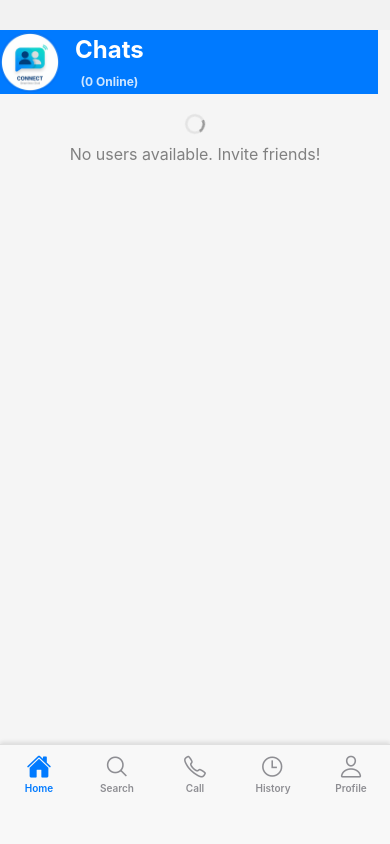
Repository: UdayRaj04/Chatapp_native
Screen: /MainTabs (app in ChatAppFrontend/)
An editor plug-in stored every save of this project. The screen is shown before and after a run of saves, followed by the edit.
The app was drawn by React Native's web renderer in a window 390 px wide. The project was rebuilt for these pictures with package versions that can differ from the ones it lists, and the page was loaded fresh each time. Some packages were replaced by stand-ins written for this rebuild. Also part of the build but not shown: ChatAppFrontend/screens/RegisterScreen.tsx, ChatAppFrontend/screens/ChatScreen.tsx, ChatAppFrontend/screens/SearchScreen.tsx, ChatAppFrontend/screens/AnalyticsScreen.tsx, ChatAppFrontend/screens/HistoryScreen.tsx, ChatAppFrontend/screens/ProfileScreen.tsx.

Above is the screen before, as saved 2025-09-09 17:58:18.

### ChatAppFrontend/App.tsx
import 'react-native-get-random-values';  // Polyfill first
import React from 'react';
import { NavigationContainer } from '@react-navigation/native';
import { createStackNavigator } from '@react-navigation/stack';
import { createBottomTabNavigator } from '@react-navigation/bottom-tabs';
import { Ionicons } from '@expo/vector-icons';
import { LogBox, View } from 'react-native';
import { SafeAreaProvider } from 'react-native-safe-area-context';  // New: For dynamic insets

// Suppress warnings
LogBox.ignoreLogs([
  'Text strings must be rendered within a <Text> component',
  'VirtualizedList: You have a large list that is slow to initial render',
  'Require cycle:',
  /Warning: [A-Za-z ]*Text strings[A-Za-z ]*/,
]);

// Your existing screens
import LoginScreen from './screens/LoginScreen';
import RegisterScreen from './screens/RegisterScreen';
import ChatListScreen from './screens/ChatListScreen';
import ChatScreen from './screens/ChatScreen';

// Placeholder screens (ensure they exist)
import SearchScreen from './screens/SearchScreen';
import AnalyticsScreen from './screens/AnalyticsScreen';
import HistoryScreen from './screens/HistoryScreen';
import ProfileScreen from './screens/ProfileScreen';

const Stack = createStackNavigator();
const Tab = createBottomTabNavigator();

// Main Tab Navigator (enhanced with safe area for no overlap)
function MainTabs() {
  return (
    <Tab.Navigator
      screenOptions={({ route }) => ({
        tabBarIcon: ({ focused, color, size }) => {
          let iconName: keyof typeof Ionicons.glyphMap;

          if (route.name === 'Chats') {
            iconName = focused ? 'home' : 'home-outline';
          } else if (route.name === 'Search') {
            iconName = focused ? 'search' : 'search-outline';
          } else if (route.name === 'Call') {
            iconName = focused ? 'call' : 'call-outline';
          } else if (route.name === 'History') {
            iconName = focused ? 'time' : 'time-outline';
          } else {
            iconName = focused ? 'person' : 'person-outline';
          }

          return <Ionicons name={iconName} size={size} color={color} />;
        },
        tabBarActiveTintColor: '#007AFF',
        tabBarInactiveTintColor: '#8e8e93',
        tabBarStyle: {
          backgroundColor: '#f8f8f8',
          borderTopWidth: 0.5,
          borderTopColor: '#e0e0e0',
          elevation: 8,
          shadowColor: '#000',
          shadowOffset: { width: 0, height: -2 },
          shadowOpacity: 0.1,
          shadowRadius: 4,
          height: 100,  // Increased: Taller tab bar (60 was too tight; 70 + labels)
          paddingBottom: 50,  // Reduced top padding for balance
          paddingTop: 5,
          position: 'absolute',  // Explicit: Ensures absolute positioning
          bottom: 0,  // Pin to bottom
          left: 0,
          right: 0,
          marginBottom: 0,  // No extra margin
        },
        tabBarLabelStyle: {
          fontSize: 10,
          fontWeight: '600',
          marginBottom: 0,  // Tight labels
        },
        headerShown: false,
        lazy: true,
        // New: Apply safe area padding to tab screens (prevents overlap)
        cardStyle: { paddingBottom: 0 },  // No extra card padding
      })}
    >
      <Tab.Screen name="Chats" component={ChatListScreen} options={{ title: 'Home' }} />
      <Tab.Screen name="Search" component={SearchScreen} options={{ title: 'Search' }} />
      <Tab.Screen name="Call" component={AnalyticsScreen} options={{ title: 'Call' }} />
      <Tab.Screen name="History" component={HistoryScreen} options={{ title: 'History' }} />
      <Tab.Screen name="Profile" component={ProfileScreen} options={{ title: 'Profile' }} />
    </Tab.Navigator>
  );
}

// Main App - Wrapped in SafeAreaProvider
export default function App() {
  return (
    <SafeAreaProvider>  {/* New: Enables useSafeAreaInsets() */}
      <View style={{ flex: 1 }}>
        <NavigationContainer>
          <Stack.Navigator
            initialRouteName="Login"
            screenOptions={{
              headerShown: false,
              cardStyle: { backgroundColor: '#f5f5f5' },
            }}
          >
            <Stack.Screen name="Login" component={LoginScreen} />
            <Stack.Screen name="Register" component={RegisterScreen} />
            <Stack.Screen name="MainTabs" component={MainTabs} />
            <Stack.Screen
              name="Chat"
              component={ChatScreen}
              options={{
                headerShown: true,
                headerTitle: 'Chat',
                headerStyle: { backgroundColor: '#007AFF' },
                headerTintColor: '#fff',
                presentation: 'modal',
                // Hide tabs in chat to avoid overlap
                tabBarStyle: { display: 'none' },
              }}
            />
          </Stack.Navigator>
        </NavigationContainer>
      </View>
    </SafeAreaProvider>
  );
}

### ChatAppFrontend/screens/LoginScreen.tsx
import React, { useState } from 'react';
import {
  View,
  TextInput,
  TouchableOpacity,
  Text,
  StyleSheet,
  Alert,
  ActivityIndicator,
  KeyboardAvoidingView,
  Platform,
  Image,  // New: For logo
} from 'react-native';
import { Ionicons } from '@expo/vector-icons';  // For input icons
import { useSafeAreaInsets } from 'react-native-safe-area-context';  // For insets (provider in App.tsx)
import { useNavigation } from '@react-navigation/native';  // For navigation
import AsyncStorage from '@react-native-async-storage/async-storage';
import axios, { AxiosError } from 'axios';

const API_BASE = 'http://192.168.29.93:5000/api';

interface LoginResponse {
  token: string;
  user: {
    id?: string;
    _id?: string;
    username: string;
    email: string;
  };
}

export default function LoginScreen() {
  const [email, setEmail] = useState<string>('');
  const [password, setPassword] = useState<string>('');
  const [loading, setLoading] = useState<boolean>(false);
  const [emailError, setEmailError] = useState<string>('');
  const [passwordError, setPasswordError] = useState<string>('');
  const navigation = useNavigation<any>();
  const insets = useSafeAreaInsets();  // Use insets from root provider

  const validateEmail = (email: string): boolean => {
    const emailRegex = /^[^\s@]+@[^\s@]+\.[^\s@]+$/;
    if (!email) {
      setEmailError('Email is required');
      return false;
    }
    if (!emailRegex.test(email)) {
      setEmailError('Invalid email format');
      return false;
    }
    setEmailError('');
    return true;
  };

  const validatePassword = (password: string): boolean => {
    if (!password) {
      setPasswordError('Password is required');
      return false;
    }
    if (password.length < 6) {
      setPasswordError('Password must be at least 6 characters');
      return false;
    }
    setPasswordError('');
    return true;
  };

  const handleLogin = async (): Promise<void> => {
    if (!validateEmail(email) || !validatePassword(password)) return;

    setLoading(true);
    try {
      const response = await axios.post<LoginResponse>(`${API_BASE}/auth/login`, {
        email,
        password,
      });
      await AsyncStorage.setItem('token', response.data.token);
      await AsyncStorage.setItem('user', JSON.stringify(response.data.user));
      navigation.replace('MainTabs');  // Navigate to tabs on success
    } catch (err) {
      const error = err as AxiosError;
      Alert.alert('Login Failed', error.response?.data?.error || 'Invalid credentials');
    } finally {
      setLoading(false);
    }
  };

  return (
    <KeyboardAvoidingView
      style={[styles.container, { paddingTop: insets.top }]}
      behavior={Platform.OS === 'ios' ? 'padding' : 'height'}
      enabled={true}
    >
      {/* Title with Logo */}
      <View style={styles.titleContainer}>
        {/* New: Bigger Logo */}
        <Image
          source={require('../assets/logos.png')}  // Adjust path if needed (e.g., '../../assets/logo.png')
          style={styles.logo}
          resizeMode="contain"
        />
        <Text style={styles.title}>Seamless Chat</Text>
        <Text style={styles.subtitle}>Welcome back! Sign in to continue</Text>
      </View>

      {/* Form */}
      <View style={styles.formContainer}>
        {/* Email Input */}
        <View style={styles.inputContainer}>
          <Ionicons name="mail" size={24} color="#999" style={styles.inputIcon} />
          <TextInput
            style={[styles.input, emailError ? styles.inputError : null]}
            value={email}
            onChangeText={(text) => {
              setEmail(text);
              if (emailError) validateEmail(text);
            }}
            placeholder="Email"
            keyboardType="email-address"
            autoCapitalize="none"
            onBlur={() => validateEmail(email)}
          />
        </View>
        {emailError ? <Text style={styles.errorText}>{emailError}</Text> : null}

        {/* Password Input */}
        <View style={styles.inputContainer}>
          <Ionicons name="lock-closed" size={24} color="#999" style={styles.inputIcon} />
          <TextInput
            style={[styles.input, passwordError ? styles.inputError : null]}
            value={password}
            onChangeText={(text) => {
              setPassword(text);
              if (passwordError) validatePassword(text);
            }}
            placeholder="Password"
            secureTextEntry={true}
            onBlur={() => validatePassword(password)}
          />
        </View>
        {passwordError ? <Text style={styles.errorText}>{passwordError}</Text> : null}

        {/* Login Button */}
        <TouchableOpacity
          style={[styles.button, loading ? styles.buttonDisabled : null]}
          onPress={handleLogin}
          disabled={loading}
          activeOpacity={0.7}
        >
          {loading ? (
            <ActivityIndicator size="small" color="#fff" />
          ) : (
            <Text style={styles.buttonText}>Login</Text>
          )}
        </TouchableOpacity>

        {/* Register Link */}
        <TouchableOpacity
          style={styles.linkContainer}
          onPress={() => navigation.navigate('Register')}
        >
          <Text style={styles.linkText}>Don't have an account? Register</Text>
        </TouchableOpacity>
      </View>
    </KeyboardAvoidingView>
  );
}

const styles = StyleSheet.create({
  container: {
    flex: 1,
    backgroundColor: '#f5f5f5',
    justifyContent: 'center',
    alignItems: 'center',
  },
  titleContainer: {
    alignItems: 'center',
    marginBottom: 50,  // Increased: More space after logo/title to form
  },
  // New: Logo Style (Bigger, Centered)
  logo: {
    width: 120,  // Bigger size - adjust as needed (e.g., 100 for smaller)
    height: 120,
    marginBottom: 20,  // Space between logo and title
    alignSelf: 'center',
  },
  title: {
    fontSize: 32,
    fontWeight: 'bold',
    color: '#333',
    marginBottom: 5,
  },
  subtitle: {
    fontSize: 16,
    color: '#666',
    textAlign: 'center',
  },
  formContainer: {
    width: '85%',  // Responsive width
    alignItems: 'center',
  },
  inputContainer: {
    flexDirection: 'row',
    alignItems: 'center',
    backgroundColor: '#fff',
    borderRadius: 10,
    marginBottom: 15,
    paddingHorizontal: 15,
    elevation: 2,
    shadowColor: '#000',
    shadowOffset: { width: 0, height: 1 },
    shadowOpacity: 0.1,
    shadowRadius: 2,
    width: '100%',
  },
  inputIcon: {
    marginRight: 10,
  },
  input: {
    flex: 1,
    paddingVertical: 12,
    fontSize: 16,
    color: '#333',
  },
  inputError: {
    borderWidth: 1,
    borderColor: '#ff6b6b',
  },
  errorText: {
    color: '#ff6b6b',
    fontSize: 12,
    marginBottom: 10,
    alignSelf: 'flex-start',
  },
  button: {
    backgroundColor: '#007AFF',
    borderRadius: 10,
    paddingVertical: 15,
    width: '100%',
    alignItems: 'center',
    marginTop: 10,
    elevation: 2,
    shadowColor: '#007AFF',
    shadowOffset: { width: 0, height: 2 },
    shadowOpacity: 0.2,
    shadowRadius: 4,
  },
  buttonDisabled: {
    backgroundColor: '#ccc',
  },
  buttonText: {
    color: '#fff',
    fontSize: 18,
    fontWeight: 'bold',
  },
  linkContainer: {
    marginTop: 20,
    alignItems: 'center',
  },
  linkText: {
    color: '#007AFF',
    fontSize: 16,
    textDecorationLine: 'underline',
  },
});

### ChatAppFrontend/screens/ChatListScreen.tsx
import React, { useState, useEffect } from 'react';
import {
  View,
  FlatList,
  Text,
  TouchableOpacity,
  StyleSheet,
  Alert,
  ActivityIndicator,
  Image,
} from 'react-native';
import { Ionicons } from '@expo/vector-icons';  // New: For user icons (person-circle)
import { useSafeAreaInsets } from 'react-native-safe-area-context';  // From previous (for padding)
import AsyncStorage from '@react-native-async-storage/async-storage';
import axios, { AxiosError } from 'axios';
import io, { Socket } from 'socket.io-client';

const API_BASE = 'http://192.168.29.93:5000/api';

interface User {
  _id: string;
  id?: string;
  username: string;
  email: string;
}

export default function ChatListScreen({ navigation }: { navigation: any }) {
  const [users, setUsers] = useState<User[]>([]);
  const [loading, setLoading] = useState<boolean>(true);
  const [currentUser, setCurrentUser] = useState<User | null>(null);
  const [socket, setSocket] = useState<Socket | null>(null);
  const [onlineUsers, setOnlineUsers] = useState<Set<string>>(new Set());

  // Safe area for dynamic padding (from previous)
  const insets = useSafeAreaInsets();
  const bottomPadding = Math.max(120, insets.bottom + 70);

  useEffect(() => {
    loadUser();
    fetchUsers();

    const initSocket = async () => {
      const token = await AsyncStorage.getItem('token');
      if (token) {
        const newSocket = io(API_BASE.replace('/api', ''), {
          auth: { token },
        });
        setSocket(newSocket);
        newSocket.on('connect_error', () => Alert.alert('Socket Error', 'Connection failed'));

        newSocket.on('userOnline', (data) => {
          console.log('User online:', data.userId);
          setOnlineUsers((prev) => new Set([...prev, data.userId]));
        });

        newSocket.on('userOffline', (data) => {
          console.log('User offline:', data.userId);
          setOnlineUsers((prev) => {
            const newSet = new Set(prev);
            newSet.delete(data.userId);
            return newSet;
          });
        });

        newSocket.on('onlineUsersList', (data) => {
          console.log('Initial online users:', data.onlineUsers);
          setOnlineUsers(new Set(data.onlineUsers));
        });

        newSocket.on('connect', () => {
          console.log('Socket connected - requesting online users');
          newSocket.emit('getOnlineUsers');
        });
      }
    };
    initSocket();

    return () => {
      socket?.disconnect();
    };
  }, []);

  const loadUser = async (): Promise<void> => {
    const userStr = await AsyncStorage.getItem('user');
    if (userStr) {
      setCurrentUser(JSON.parse(userStr));
    }
    setLoading(false);
  };

  const fetchUsers = async (): Promise<void> => {
    const token = await AsyncStorage.getItem('token');
    if (!token) return;
    try {
      const response = await axios.get<User[]>(`${API_BASE}/users`, {
        headers: { Authorization: `Bearer ${token}` },
      });
      const validUsers = response.data.filter(u =>
        u && u.username && (u._id || u.id) && typeof u.username === 'string'
      );
      setUsers(validUsers);
    } catch (err) {
      const error = err as AxiosError;
      Alert.alert('Error', error.response?.data?.error || 'Failed to load users');
    }
  };

  const startChat = (otherUser: User): void => {
    const userId = otherUser.id || otherUser._id;
    console.log('Starting chat with userId:', userId);
    if (!userId) {
      Alert.alert('Error', 'Invalid user data');
      return;
    }
    navigation.navigate('Chat', {
      otherUserId: userId,
      otherUserName: otherUser.username,
    });
  };

  const renderUser = ({ item }: { item: User }): JSX.Element => {
    if (!item || !item.username || !(item._id || item.id)) {
      return (
        <View style={styles.userItem}>
          <View style={styles.userContent}>
            <Text style={styles.username}>Invalid user entry</Text>
          </View>
        </View>
      );
    }
    const userId = item.id || item._id;
    const isOnline = onlineUsers.has(userId);
    const userIdShort = userId.substring(0, 8) + '...';
    return (
      <TouchableOpacity onPress={() => startChat(item)} style={styles.userItem} activeOpacity={0.7}>
        <View style={styles.userContent}>
          {/* New: User icon on left */}
          <View style={styles.iconContainer}>
            <Ionicons
              name="person-circle"
              size={50}
              color={isOnline ? '#007AFF' : '#ccc'}  // Green for online, gray for offline
            />
            {/* Optional: Small online dot (green circle below icon) */}
            {isOnline && (
              <View style={styles.onlineDot} />
            )}
          </View>
          {/* Text content on right */}
          <View style={styles.textContent}>
            <Text style={styles.username}>{item.username}</Text>
            {isOnline && <Text style={styles.onlineBadge}>Online</Text>}
            <Text style={styles.idText}>{"(ID: " + userIdShort + ")"}</Text>
          </View>
        </View>
      </TouchableOpacity>
    );
  };

  const renderEmpty = (): JSX.Element => (
    <View style={[styles.emptyContainer, { paddingBottom: bottomPadding }]}>
      <ActivityIndicator size="small" color="#999" />
      <Text style={styles.emptyText}>No users available. Invite friends!</Text>
    </View>
  );

  if (loading) {
    return (
      <View style={styles.loadingContainer}>
        <ActivityIndicator size="large" color="#0000ff" />
        <Text style={styles.loadingText}>Loading chats...</Text>
      </View>
    );
  }

  return (
    <View style={styles.container}>
      <View style={{
  flexDirection: 'row',       // 👈 Arrange items in a row
  alignItems: 'center',       // 👈 Vertically center icon & text
  marginRight: 12,
  backgroundColor: '#007AFF',
  justifyContent:""
}}>
  <Image
    source={require('../assets/logos.png')}
    style={{ height: 60, width: 60, marginRight: 10 }}  // 👈 space between logo & text
  />
  <View style={{ flexDirection: 'column', alignItems: 'center' }}>
  <Text style={styles.title}>
    Chats
  </Text>
  <Text style={styles.title1}>
    ({onlineUsers.size} Online)
  </Text>
  </View>
</View>
      <FlatList
        data={users}
        keyExtractor={(item, index) => (item._id || item.id || index.toString())}
        renderItem={renderUser}
        ListEmptyComponent={renderEmpty}
        contentContainerStyle={[styles.listContent, { paddingBottom: bottomPadding }]}
        style={{ flex: 1 }}
        keyboardShouldPersistTaps="handled"
        bounces={true}
        showsVerticalScrollIndicator={true}
        initialNumToRender={10}
        maxToRenderPerBatch={5}
        windowSize={10}
        removeClippedSubviews={true}
        extraData={users}
        getItemLayout={(data, index) => ({ length: 70, offset: 70 * index, index })}
      />
    </View>
  );
}

const styles = StyleSheet.create({
  container: {
    marginTop: 30,
    flex: 1,
    backgroundColor: '#f5f5f5',
  },
  title: {
    fontSize: 24,
    fontWeight: 'bold',
    padding: 5,
    color: '#ffffffff',
    textAlign: 'center',



  },
  title1: {
    fontSize: 12,
    fontWeight: 'bold',
    padding: 5,
    color: '#ffffffce',
    textAlign: 'center',

  },
  loadingContainer: {
    flex: 1,
    justifyContent: 'center',
    alignItems: 'center',
  },
  loadingText: {
    marginTop: 10,
    fontSize: 16,
    color: '#666',
  },
  listContent: {
    paddingHorizontal: 10,
  },
  userItem: {
    backgroundColor: '#fff',
    marginVertical: 5,
    marginHorizontal: 10,
    borderRadius: 10,
    padding: 15,
    elevation: 2,
    shadowColor: '#000',
    shadowOffset: { width: 0, height: 1 },
    shadowOpacity: 0.2,
    shadowRadius: 1.41,
    // New: Taller for icon row
    minHeight: 70,
  },
  userContent: {
    flex: 1,
    flexDirection: 'row',  // New: Row for icon + text
    alignItems: 'center',  // New: Vertical center
  },
  // New: Icon container (left side)
  iconContainer: {
    marginRight: 15,  // Space between icon and text
    position: 'relative',  // For online dot positioning
  },
  // New: Text content wrapper (right side)
  textContent: {
    flex: 1,  // Take remaining space
    flexDirection: 'column',  // Stack username, badge, ID
    justifyContent: 'flex-start',
  },
  username: {
    fontSize: 18,
    fontWeight: 'bold',
    marginBottom: 2,  // Small space before badge/ID
  },
  onlineBadge: {
    fontSize: 12,
    color: '#007AFF',
    fontWeight: 'bold',
    marginBottom: 2,
  },
  idText: {
    fontSize: 12,
    color: 'gray',
  },
  // New: Online status dot (small green circle under icon)
  onlineDot: {
    position: 'absolute',
    bottom: 0,
    right: 0,
    width: 12,
    height: 12,
    borderRadius: 6,
    backgroundColor: '#007AFF',
    borderWidth: 2,
    borderColor: '#fff',  // White border for visibility
  },
  emptyContainer: {
    justifyContent: 'center',
    alignItems: 'center',
    padding: 20,
  },
  emptyText: {
    fontSize: 16,
    color: 'gray',
    textAlign: 'center',
    marginTop: 10,
  },
});

Loaded but not shown: ChatAppFrontend/index.ts (common file)

After the next 2 saves:
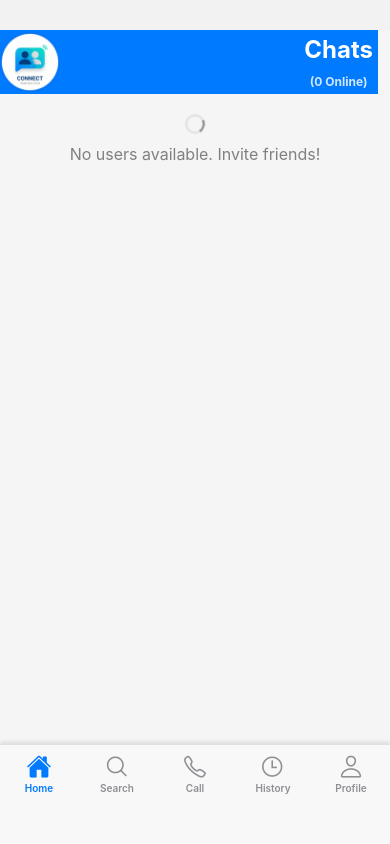
The 2 saves are shown as one change because they came seconds apart.
The last was saved 6 s later.
--- a/ChatAppFrontend/screens/ChatListScreen.tsx
+++ b/ChatAppFrontend/screens/ChatListScreen.tsx
@@ -180,7 +180,7 @@ export default function ChatListScreen({ navigation }: { navigation: any }) {
   alignItems: 'center',       // 👈 Vertically center icon & text
   marginRight: 12,
   backgroundColor: '#007AFF',
-  justifyContent:""
+  justifyContent:"space-between",
 }}>
   <Image
     source={require('../assets/logos.png')}
